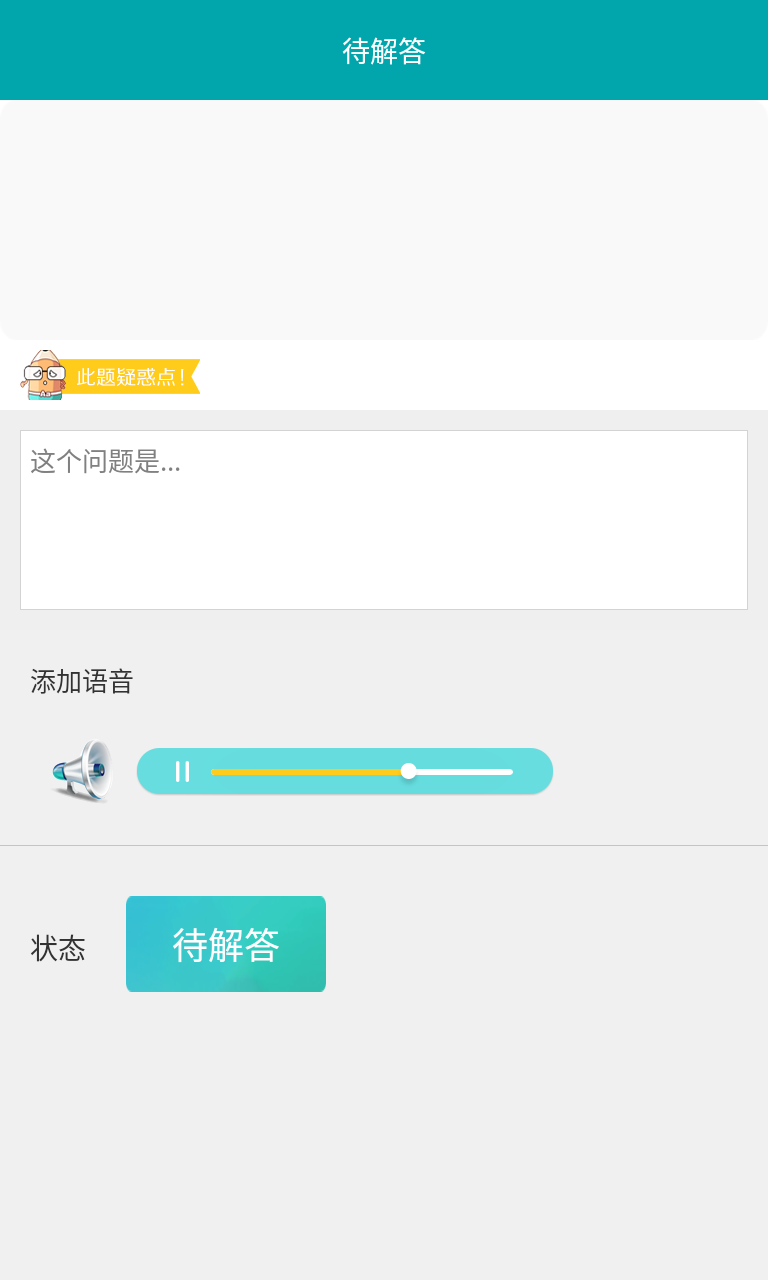
Repository: 2015-Forever/JWD
Layout: Jwd/res/layout/activity_un_answer.xml
These files come from the project's save history. The layout is drawn as it stood at one moment and after the next save; the edit follows.
It is drawn on a 768 x 1280 px phone screen (xhdpi) without system bars, with theme AppTheme; the app's code is not run.

Above is the layout before, as saved 2015-07-16 06:15:43.

### Jwd/res/layout/activity_un_answer.xml
<?xml version="1.0" encoding="utf-8"?>
<LinearLayout xmlns:android="http://schemas.android.com/apk/res/android"
    android:layout_width="match_parent"
    android:layout_height="match_parent"
    android:orientation="vertical" >

    <LinearLayout
        android:layout_width="match_parent"
        android:layout_height="50dp"
        android:background="#00a6ac"
        android:gravity="center" >

        <TextView
            android:layout_width="wrap_content"
            android:layout_height="wrap_content"
            android:text="待解答"
            android:textColor="#ffffff" />
    </LinearLayout>

    <ImageView
        android:layout_width="match_parent"
        android:layout_height="120dp"
        android:background="@drawable/topic_picture" />

    <LinearLayout
        android:layout_width="match_parent"
        android:layout_height="35dp"
        android:background="#FFFFFF"
        android:gravity="center_vertical" >

        <ImageView
            android:layout_width="90dp"
            android:layout_height="25dp"
            android:layout_marginLeft="10dp"
            android:background="@drawable/navigation_icon_two" />
    </LinearLayout>

    <LinearLayout
        android:layout_width="match_parent"
        android:layout_height="110dp"
        android:background="#EFEFEF"
        android:gravity="center_vertical"
        android:padding="10dp" >

        <EditText
            android:layout_width="fill_parent"
            android:layout_height="match_parent"
            android:background="@drawable/edittext_bg"
            android:enabled="true"
            android:gravity="top"
            android:hint="这个问题是..."
            android:inputType="textMultiLine"
            android:lineSpacingExtra="5dp"
            android:paddingLeft="5dp"
            android:paddingTop="5dp"
            android:scrollbars="vertical"
            android:textSize="13sp" >
        </EditText>
    </LinearLayout>

    <LinearLayout
        android:layout_width="match_parent"
        android:layout_height="0dp"
        android:layout_weight="1"
        android:background="#f0f0f0"
        android:orientation="vertical" >

        <TextView
            android:layout_width="wrap_content"
            android:layout_height="wrap_content"
            android:layout_marginLeft="15dp"
            android:layout_marginTop="15dp"
            android:text="添加语音"
            android:textSize="13sp" />

        <LinearLayout
            android:layout_width="match_parent"
            android:layout_height="wrap_content"
            android:layout_marginTop="20dp"
            android:gravity="center_vertical"
            android:orientation="horizontal" >

            <ImageView
                android:layout_width="wrap_content"
                android:layout_height="wrap_content"
                android:layout_marginLeft="25dp"
                android:layout_marginRight="10dp"
                android:background="@drawable/sound_icon" />

            <ImageView
                android:layout_width="wrap_content"
                android:layout_height="wrap_content"
                android:background="@drawable/sound_icon_one" />

        </LinearLayout>

        <TextView
            android:layout_width="match_parent"
            android:layout_height="0.5dp"
            android:layout_marginTop="20dp"
            android:background="#C4C4C4" />

        <LinearLayout
            android:layout_width="match_parent"
            android:layout_height="0dp"
            android:layout_weight="1"
            android:orientation="horizontal"
            android:paddingTop="25dp" >

            <TextView
                android:layout_width="wrap_content"
                android:layout_height="wrap_content"
                android:layout_marginLeft="15dp"
                android:text="状态" />

            <Button
                android:layout_width="wrap_content"
                android:layout_height="wrap_content"
                android:layout_marginLeft="20dp"
                android:background="@drawable/no_answer_button"
                android:text="待解答"
                android:textColor="#ffffff" />
        </LinearLayout>
    </LinearLayout>

</LinearLayout>

### Jwd/res/drawable/edittext_bg.xml
<?xml version="1.0" encoding="utf-8"?>
<selector xmlns:android="http://schemas.android.com/apk/res/android" >

    <item >
        <shape >
            <solid android:color="#FFFFFF"/>
            <stroke android:width="0.5dip" android:color="#D3D3D3"/>
        </shape>
    </item>

</selector>

Loaded but not shown: Jwd/res/values/styles.xml (common file); Jwd/res/values-v11/styles.xml (common file); Jwd/res/values-v14/styles.xml (common file)

After the next save:
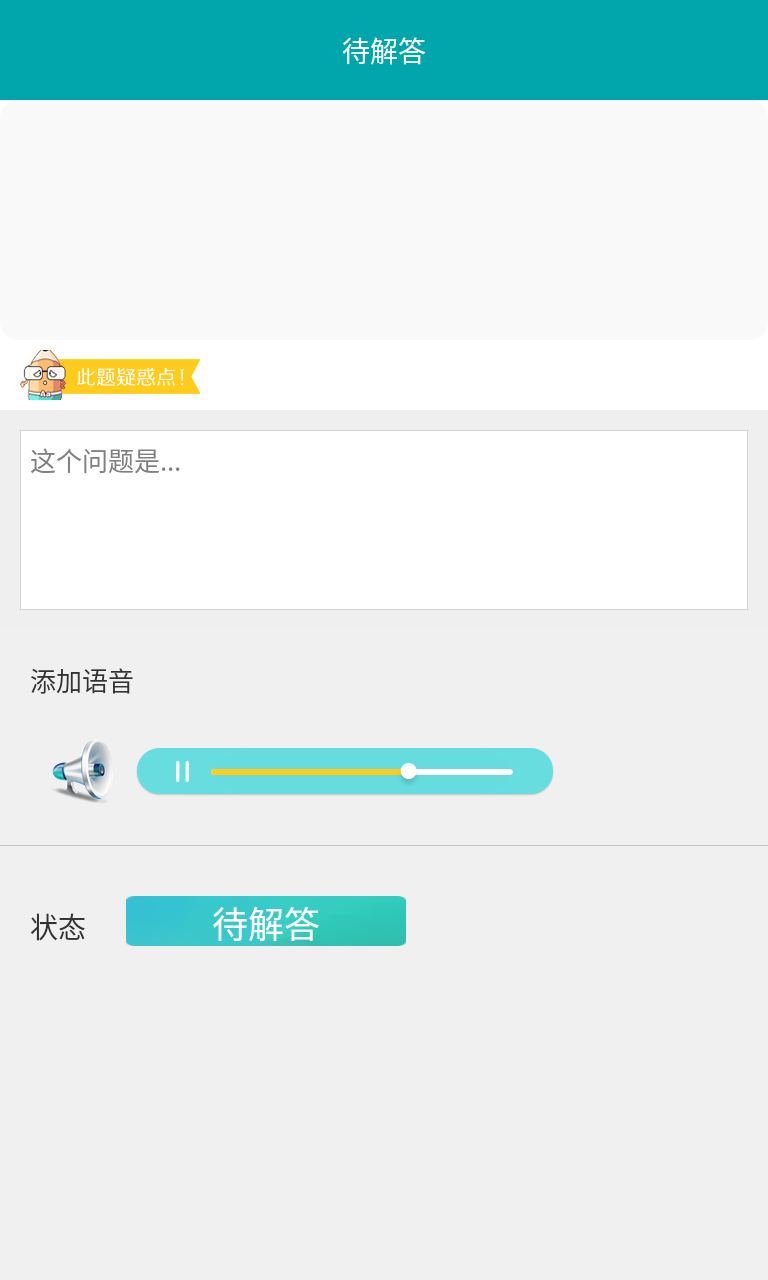
Saved 16 s later.
--- a/Jwd/res/layout/activity_un_answer.xml
+++ b/Jwd/res/layout/activity_un_answer.xml
@@ -114,8 +114,8 @@
                 android:text="状态" />
 
             <Button
-                android:layout_width="wrap_content"
-                android:layout_height="wrap_content"
+                android:layout_width="140dp"
+                android:layout_height="25dp"
                 android:layout_marginLeft="20dp"
                 android:background="@drawable/no_answer_button"
                 android:text="待解答"
